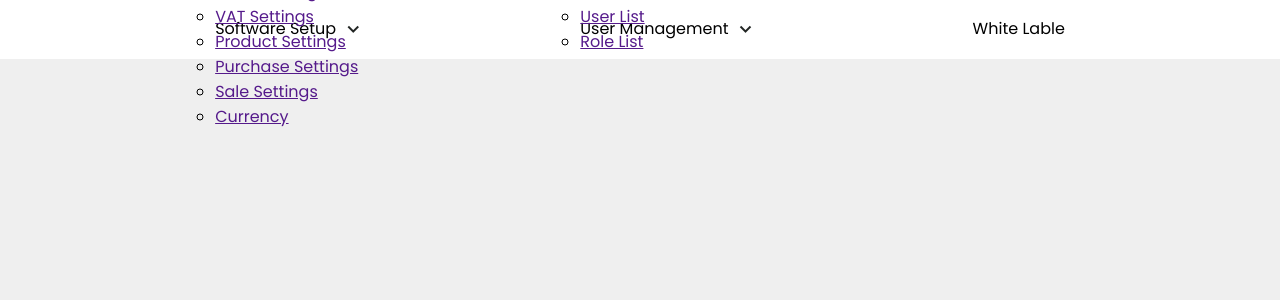
Repository: codebyaddro/pos-settings
Page: settings.html
An editor plug-in stored every save of this project. The page is shown before and after a run of saves, followed by the edit.
The browser window is 1280 px wide. The pictures show the whole page.

Above is the page before, as saved 2025-02-16 14:29:22.

After the next 4 saves:
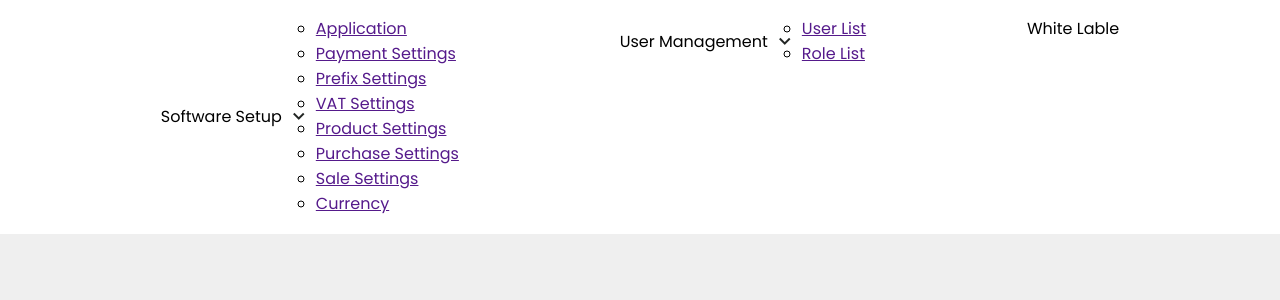
The 4 saves are shown as one change because they came seconds apart.
The last was saved 16 s later.
--- a/css/settings.css
+++ b/css/settings.css
@@ -74,6 +74,8 @@
 
 /* -- settings top menu bar dropdown style -- */
 
+.cba-settings-top-menubar
+
 .cba-settings-top-menubar > ul > li > ul {
     display: block;
     position: absolute;
